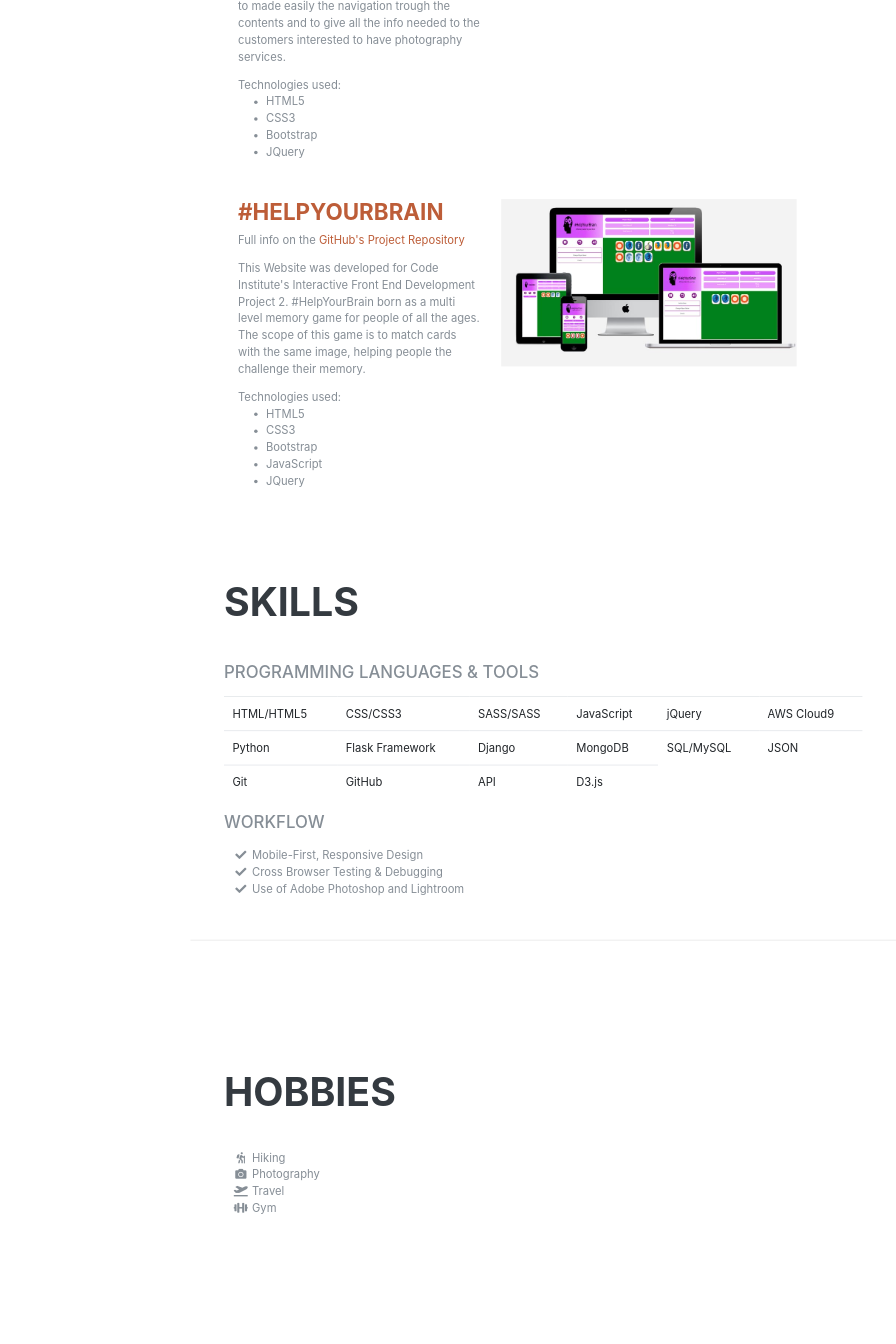
Repository: gello94/antonio_augello_online_Resume
Page: http://localhost/
The author's editor kept a record of every edit. The page is drawn from the files as they stood at one moment, then again after the next edit.
The browser window is 1280 px wide. The pictures show the part of the page from y = 2778 to 4698 px (the page is 4698 px tall), at 70% of full size.
Some web fonts or font styles are not loaded; a fallback is used. The page is served by the project's application, run on Flask 3 (run.py). Other server files are loaded and not shown.

Above is the page before.

### templates/index.html
<!DOCTYPE html>
<html lang="en">

<head>

  <meta charset="utf-8">
  <meta name="viewport" content="width=device-width, initial-scale=1, shrink-to-fit=no">
  <meta name="author" content="Antonio Augello">

  <title>Antonio Augello Resume</title>

  <!-- Bootstrap core CSS -->
  <link href="{{ url_for('static', filename='vendor/bootstrap/css/bootstrap.min.css')}}" rel="stylesheet">

  <!-- Custom fonts for this template -->
  <link href="https://fonts.googleapis.com/css?family=Saira+Extra+Condensed:500,700" rel="stylesheet">
  <link href="https://fonts.googleapis.com/css?family=Muli:400,400i,800,800i" rel="stylesheet">
  <link href="{{ url_for('static', filename='vendor/fontawesome-free/css/all.min.css')}}" rel="stylesheet">

  <!-- Custom styles for this template -->
  <link href="{{ url_for('static', filename='css/resume.min.css')}}" rel="stylesheet">
  <link href="{{ url_for('static', filename='css/main.css')}}" rel="stylesheet">

</head>

<body id="page-top">

  <nav class="navbar navbar-expand-lg navbar-dark bg-primary fixed-top" id="sideNav">
    <a class="navbar-brand js-scroll-trigger" href="#page-top">
      <span class="d-block d-lg-none">Antonio Augello</span>
      <span class="d-none d-lg-block">
        <img class="img-fluid img-profile rounded-circle mx-auto mb-2" src="static/img/img_profile.jpg" alt="Profile Image">
      </span>
    </a>
    <button class="navbar-toggler" type="button" data-toggle="collapse" data-target="#navbarSupportedContent" aria-controls="navbarSupportedContent" aria-expanded="false" aria-label="Toggle navigation">
      <span class="navbar-toggler-icon"></span>
    </button>
    <div class="collapse navbar-collapse" id="navbarSupportedContent">
      <ul class="navbar-nav">
        <li class="nav-item">
          <a class="nav-link js-scroll-trigger" href="#about">About</a>
        </li>

        <li class="nav-item">
          <a class="nav-link js-scroll-trigger" href="#education">Education</a>
        </li>

        <li class="nav-item">
          <a class="nav-link js-scroll-trigger" href="#experience">Experience</a>
        </li>
        <li class="nav-item">
          <a class="nav-link js-scroll-trigger" href="#portfolio">Portfolio</a>
        </li>
        <li class="nav-item">
          <a class="nav-link js-scroll-trigger" href="#skills">Skills</a>
        </li>
        <li class="nav-item">
          <a class="nav-link js-scroll-trigger" href="#interests">Hobbies</a>
        </li>
      </ul>
    </div>
  </nav>

  <div class="container-fluid p-0">

    <!-- Header -->
    <section class="resume-section p-3 p-lg-5 d-flex align-items-center" id="about">
      <div class="w-100">
        <h1 class="mb-0">Antonio
          <span class="text-primary">Augello</span>
        </h1>
        <div class="subheading mb-5">62 Fisherman's Quay, Grove Island, Co. Limerick · (+353) 85285293 ·
          <a href="mailto:name@email.com">toni.gello94@gmail.com</a>
        </div>
        <p class="lead mb-5">Working as a Nurse, currently studying at Code Institute to be a Full Stack Software Web Developer, passionate about Web Software Development and UX/UI. Photographer as hobbyist with Knowledge of Adobe Photoshop and Adobe Lightroom. My actual
          goal is to be a Full Stack Wed Developer following my passion that i grow since I was a kid</p>
        <div class="social-icons">
          <a href="https://www.linkedin.com/in/antonio-augello-aba83911a/">
            <i class="fab fa-linkedin-in"></i>
          </a>
          <a href="https://github.com/gello94">
            <i class="fab fa-github"></i>
          </a>
        </div>
      </div>
    </section>
    <!-- /Header -->

    <hr class="m-0">

    <!-- Education Section -->
    <section class="resume-section p-3 p-lg-5 d-flex align-items-center" id="education">
      <div class="w-100">
        <h2 class="mb-5">Education</h2>

        <div class="resume-item d-flex flex-column flex-md-row justify-content-between mb-5">
          <div class="resume-content">
            <h3 class="mb-0">Code Institute</h3>
            <div class="subheading mb-3">Full Stack Diploma in Software Development</div>
            <div>Modules: </div>
            <p>HTML Fundamentals ~ CSS Fundamentals~ JavaScript Fundamentals ~ Python Fundamentals ~Practical Python ~User Centric Frontend Development~ Interactive Centric Frontend Development </p>
          </div>
          <div class="resume-date text-md-right">
            <span class="text-primary">August 2018 - Present</span>
          </div>
        </div>

        <div class="resume-item d-flex flex-column flex-md-row justify-content-between">
          <div class="resume-content">
            <h3 class="mb-0">University of Studies "G. D'Annunzio" of Chieti</h3>
            <div class="subheading mb-3">Nursing Degree </div>
          </div>
          <div class="resume-date text-md-right">
            <span class="text-primary">September 2013 - July 2016</span>
          </div>
        </div>
      </div>
    </section>
    <!-- /Education Section -->

    <hr class="m-0">

    <!-- Experience Section -->
    <section class="resume-section p-3 p-lg-5 d-flex justify-content-center" id="experience">
      <div class="w-100">
        <h2 class="mb-5">Experience</h2>

        <div class="resume-item d-flex flex-column flex-md-row justify-content-between mb-5">
          <div class="resume-content">
            <h3 class="mb-0">HDU Staff Nurse </h3>
            <div class="subheading mb-3">High Dependency Unit - University Hospital Limerick </div>
            <div>Main Role and Responsibilities: </div>
            <ul>
              <li>Maintain the prepared standard protocol of asepsis strictly.</li>
              <li>Check all electrical points, pipe line 02, in built suckers for proper working condition. </li>
              <li>Communicate with concerned person for proper maintenance of unit. </li>
              <li>Prepare the drugs, crash trolley, etc. properly. </li>
              <li>Check Oxygen, Carbon dioxide, Nitrous Oxide etc. for proper use. </li>
              <li>Check monitor, ventilator, all life saving gadgets for proper working condition. </li>
              <li>Provide special care to the patient guided by the Medical Officer e.g. endo-trachial suction. </li>
            </ul>

          </div>
          <div class="resume-date text-md-right">
            <span class="text-primary">June 2017 - January 2019</span>
          </div>
        </div>

        <div class="resume-item d-flex flex-column flex-md-row justify-content-between mb-5">
          <div class="resume-content">
            <h3 class="mb-0">Orthopedic Staff Nurse </h3>
            <div class="subheading mb-3">Croom Hospital - University Hospital Limerick </div>
            <div>Main Role and Responsibilities: </div>
            <ul>
              <li>Manage post operative pain and surgical site.</li>
              <li>Assess patient's condition and monitor post-surgical recover. </li>
              <li>Implement post-surgical treatment plan and provide detailed report to medical/ nurse for patient transfer/admission. </li>
              <li>Identify/Initiate emergent situations and procedures. </li>
              <li>Provide patient care according to the hospital processes, policies and procedures. </li>
              <li> Recognize clinical abnormalities then communicated with anesthesiologist in reference to diagnosing and treating of clinical problems. </li>
              <li> Ensure care provided is in accordance with standards established by the HSE, NMBI, HIQA, and other regulatory agencies. </li>
              <li>Provide acute care for post-operative patients recovering from anesthesia in POCU.</li>
              <li>Educate and support patient and family on care of patient.</li>
            </ul>

          </div>
          <div class="resume-date text-md-right">
            <span class="text-primary">January 2019 - Present</span>
          </div>
        </div>

      </div>

    </section>
    <!-- /Experience Section -->

    <hr class="m-0">

    <!-- Portfolio Section -->
    <section class="resume-section p-3 p-lg-5 d-flex align-items-center" id="portfolio">
      <div class="w-100">
        <h2 class="mb-5">Portfolio</h2>

        <!-- Portfolio Grid Items -->
        <div class="row">

          <!--Portfolio 1-->
          <div class="portfolio-section">
            <div class="col-12">
              <div class="row">
                <div class="col-xs-12 col-md-5">
                  <div class="portfolio-head">
                    <h3><a href="https://gello94.github.io/first-milestone-antonio/" target="_blank">Augello PhotoWorld</a></h3>
                  </div>
                  <div class="info_project">
                    <p>Full info on the <a href="https://github.com/gello94/first-milestone-antonio">GitHub's Project Repository</a></p>
                    <p>This Website was developed for Code Institute's User Centic Front End Development Project 1 and is an advertising website of myself as photographer to promote my photography services. It's a five pages responsive website, each area
                      is build to made easily the navigation trough the contents and to give all the info needed to the customers interested to have photography services.
                    </p>
                    <div class="list_technologies">
                      <div>Technologies used:</div>
                      <ul>
                        <li>HTML5</li>
                        <li>CSS3</li>
                        <li>Bootstrap</li>
                        <li>JQuery</li>
                      </ul>
                    </div>
                  </div>
                </div>
                <div class="col-xs-12 col-md-7">
                  <div class="Portfolio-body">
                    <img class="img-fluid img_portfolio" src="static/img/project1.jpg" alt="Project 1">
                  </div>
                </div>
              </div>
            </div>
          </div>

          <hr class="m-0">

          <!--Portfolio 2-->
          <div class="portfolio-section">
            <div class="col-12">
              <div class="row">
                <div class="col-xs-12 col-md-5">
                  <div class="portfolio-head">
                    <h3><a href="https://gello94.github.io/second-milestone-antonio/" target="_blank">#HELPYOURBRAIN</a></h3>
                  </div>
                  <div class="info_project">
                    <p>Full info on the <a href="https://github.com/gello94/second-milestone-antonio">GitHub's Project Repository</a></p>
                    <p>This Website was developed for Code Institute's Interactive Front End Development Project 2. #HelpYourBrain born as a multi level memory game for people of all the ages. The scope of this game is to match cards with the same image,
                      helping people the challenge their memory.</p>
                    <div class="list_technologies">
                      <div>Technologies used:</div>
                      <ul>
                        <li>HTML5</li>
                        <li>CSS3</li>
                        <li>Bootstrap</li>
                        <li>JavaScript</li>
                        <li>JQuery</li>
                      </ul>
                    </div>
                  </div>
                </div>
                <div class="col-xs-12 col-md-7">
                  <div class="Portfolio-body">
                    <img class="img-fluid img_portfolio" src="static/img/project2.jpg" alt="Project 1">
                  </div>
                </div>
              </div>

            </div>
          </div>

          <!-- /.row -->

        </div>
    </section>


    <!-- Skills Section -->
    <section class="resume-section p-3 p-lg-5 d-flex align-items-center" id="skills">
      <div class="w-100">
        <h2 class="mb-5">Skills</h2>

        <div class="subheading mb-3">Programming Languages &amp; Tools</div>
        <table class="table">
          <thead>

          </thead>
          <tbody>
            <tr>
              <td>HTML/HTML5</td>
              <td>CSS/CSS3</td>
              <td>SASS/SASS</td>
              <td>JavaScript</td>
              <td>jQuery</td>
              <td>AWS Cloud9</td>
            </tr>
            <tr>
              <td>Python</td>
              <td>Flask Framework</td>
              <td>Django</td>
              <td>MongoDB</td>
              <td>SQL/MySQL</td>
              <td>JSON</td>
            </tr>
            <tr>
              <td>Git</td>
              <td>GitHub</td>
              <td>API</td>
              <td>D3.js</td>
            </tr>
          </tbody>
        </table>
        </ul>

        <div class="subheading mb-3">Workflow</div>
        <ul class="fa-ul mb-0">
          <li>
            <i class="fa-li fa fa-check"></i> Mobile-First, Responsive Design</li>
          <li>
            <i class="fa-li fa fa-check"></i> Cross Browser Testing &amp; Debugging</li>
          <li>
            <i class="fa-li fa fa-check"></i> Use of Adobe Photoshop and Lightroom</li>
        </ul>
      </div>

    </section>

    <hr class="m-0">

    <!-- Hobbies Section -->
    <section class="resume-section p-3 p-lg-5 d-flex align-items-center" id="interests">
      <div class="w-100">
        <h2 class="mb-5">Hobbies</h2>
        <div class="subheading mb-3"></div>
        <ul class="fa-ul mb-0">
          <li>
            <i class="fa-li fa fa-hiking"></i> Hiking
          </li>
          <li>
            <i class="fa-li fa fa-camera"></i> Photography
          </li>
          <li>
            <i class="fa-li fa fa-plane-departure"></i> Travel
          </li>
          <li>
            <i class="fa-li fa fa-dumbbell"></i> Gym </li>
        </ul>
      </div>
    </section>
    <!-- /Hobbies Section -->

    </div>

    <!-- Bootstrap core JavaScript -->
    <script src="{{ url_for('static', filename='vendor/jquery/jquery.min.js')}}"></script>
    <script src="{{ url_for('static', filename='vendor/bootstrap/js/bootstrap.bundle.min.js')}}"></script>

    <!-- Plugin JavaScript -->
    <script src="{{ url_for('static', filename='vendor/jquery-easing/jquery.easing.min.js')}}"></script>

    <!-- Custom scripts for this template -->
    <script src="{{ url_for('static', filename='js/resume.min.js')}}"></script>

</body>

</html>

### run.py
import os
from flask import Flask, render_template

app = Flask(__name__)
app.secret_key = "some_secret"

@app.route('/')
def index():
    return render_template("index.html")


if __name__ == '__main__':
    app.run(host=os.environ.get('IP'),
            port=int(os.environ.get("PORT")),
            debug=True)

### static/css/main.css
#sideNav .navbar-brand .img-profile {
    border: 0px;
}

#sideNav .navbar-brand .img-profile:hover:active {

    -ms-transform: scale(1.5, 1.5);
    /* IE 9 */
    -webkit-transform: scale(1.5, 1.5);
    /* Safari 3-8 */
    transform: scale(1.5, 1.5);
    margin-bottom: 15px;
}

@media (min-width: 992px) {
    #sideNav .navbar-brand {

        padding-bottom: 1.5rem;
    }
}

.d-block .d-lg-none {
    padding-bottom: 15px;
}

.bg-primary {
    background-color: #ea5914!important;
}

.text-primary {
    color: #ea5914!important;
}

@media (min-width: 768px) {
    section.resume-section {
        min-height: 80vh!important;
    }
}

@media (min-width: 992px) {
    section.resume-section {
        padding-top: 2rem!important;
        padding-bottom: 2rem!important;
    }
}

.img_portfolio {
    height: auto;
    max-height: 85%;
    width: auto;
    max-width: 85%;
}

.portfolio-section {
    padding: 20px;
    width: 100%;
}

Loaded but not shown: static/css/resume.min.css (library); static/js/resume.min.js (common file)

After the next edit:
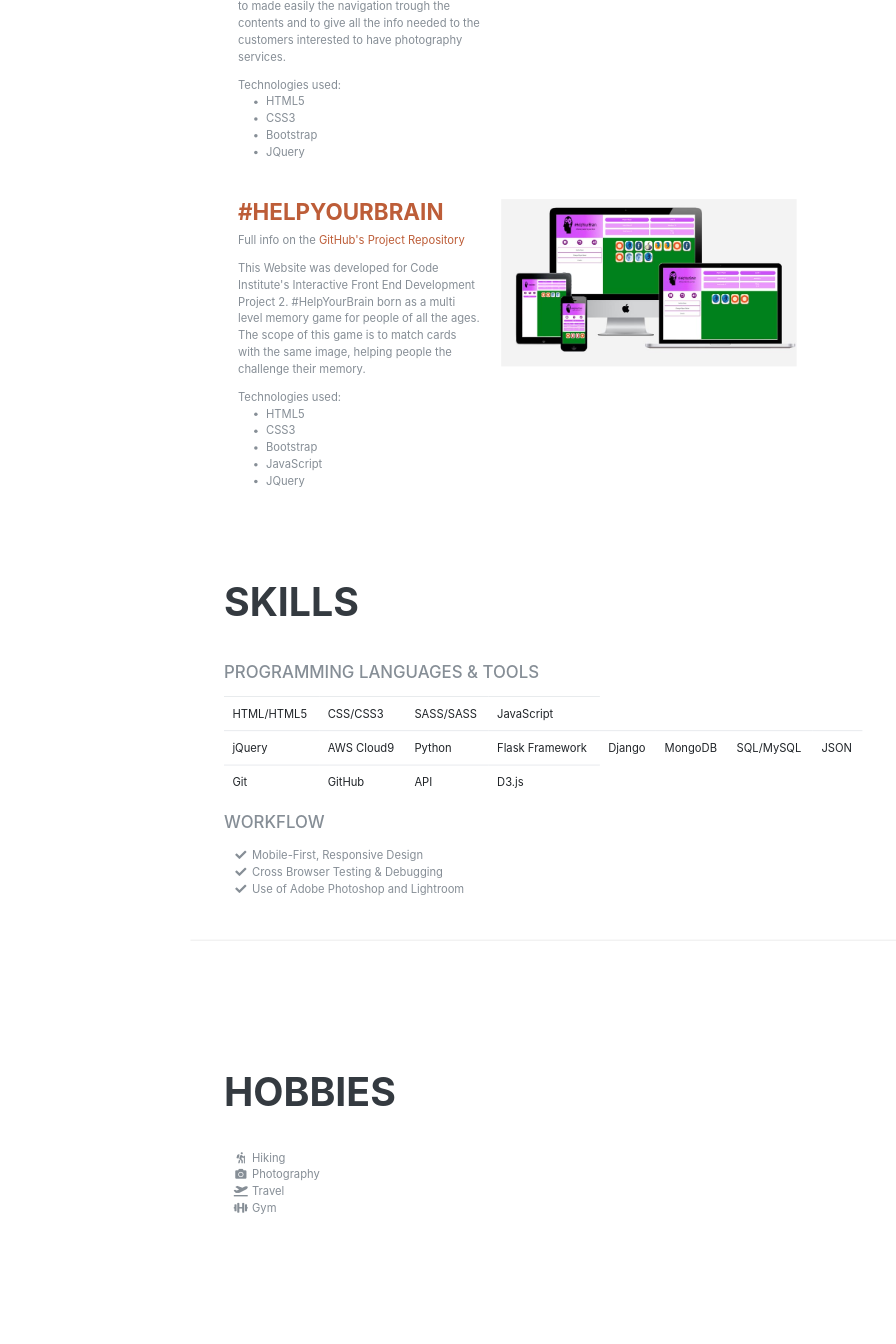
The edit:
--- a/templates/index.html
+++ b/templates/index.html
@@ -275,10 +275,11 @@
               <td>CSS/CSS3</td>
               <td>SASS/SASS</td>
               <td>JavaScript</td>
-              <td>jQuery</td>
-              <td>AWS Cloud9</td>
+
             </tr>
-            <tr>
+            <tr><td>
+              jQuery</td>
+            <td>AWS Cloud9</td>
               <td>Python</td>
               <td>Flask Framework</td>
               <td>Django</td>
